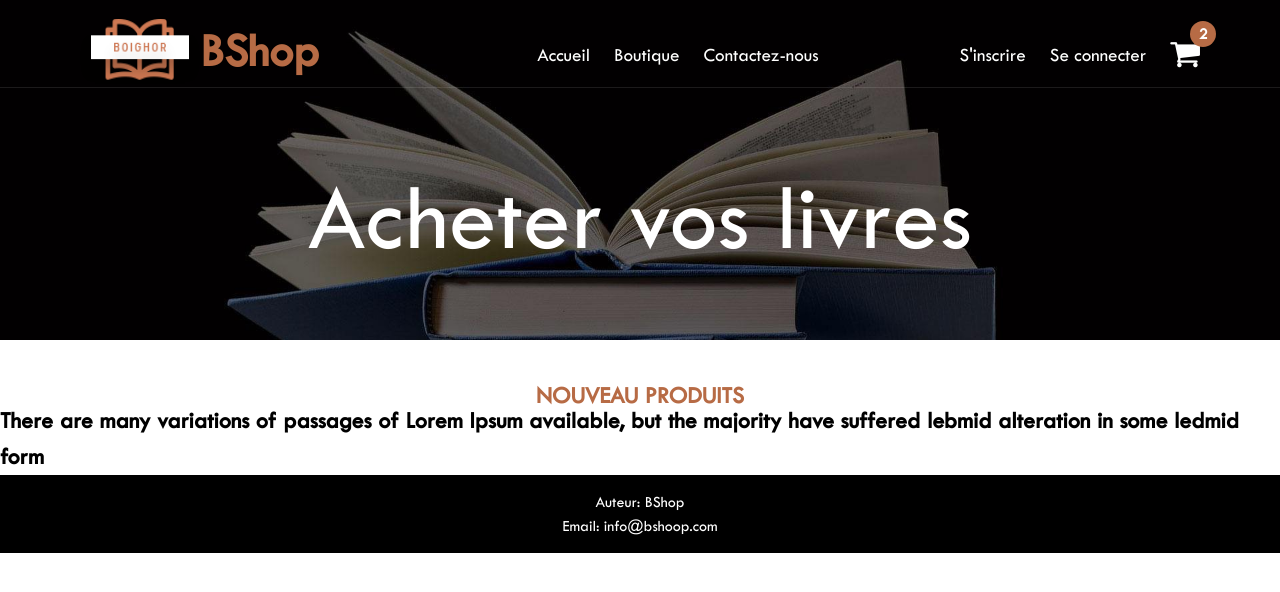
Repository: padevft/e-commerce-php
Page: http://localhost/
The author's editor kept a copy of each file at every save. The page is drawn from the files as they stood at one save, then again after the next save.
The browser window is 1280 px wide. The pictures show the whole page.
The page is run by PHP 8.4 with error messages shown; the project is at /var/www/html/.

Above is the page before, as saved 2023-09-17 22:32:23.

After the next save:
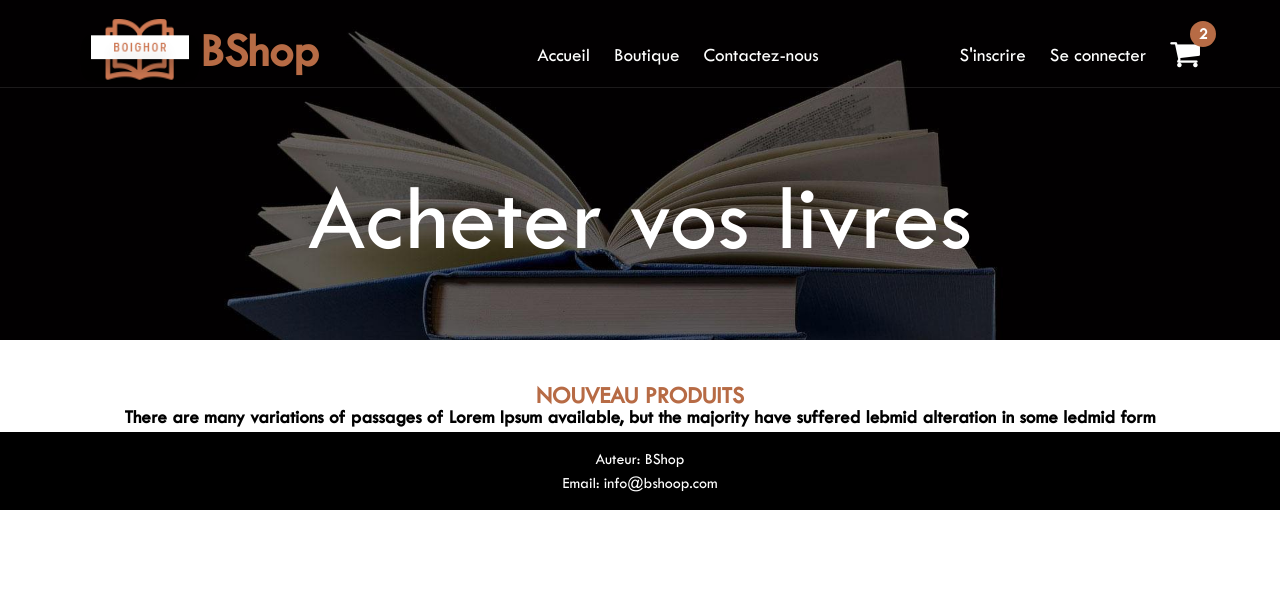
Saved 5 s later.
--- a/client/css/styles.css
+++ b/client/css/styles.css
@@ -160,7 +160,7 @@ Main
 
 .text-intro-2{
   color: #000;
-  font-size: 1.5rem;
+  font-size: 1.2rem;
   font-weight: 700;
 }
 
